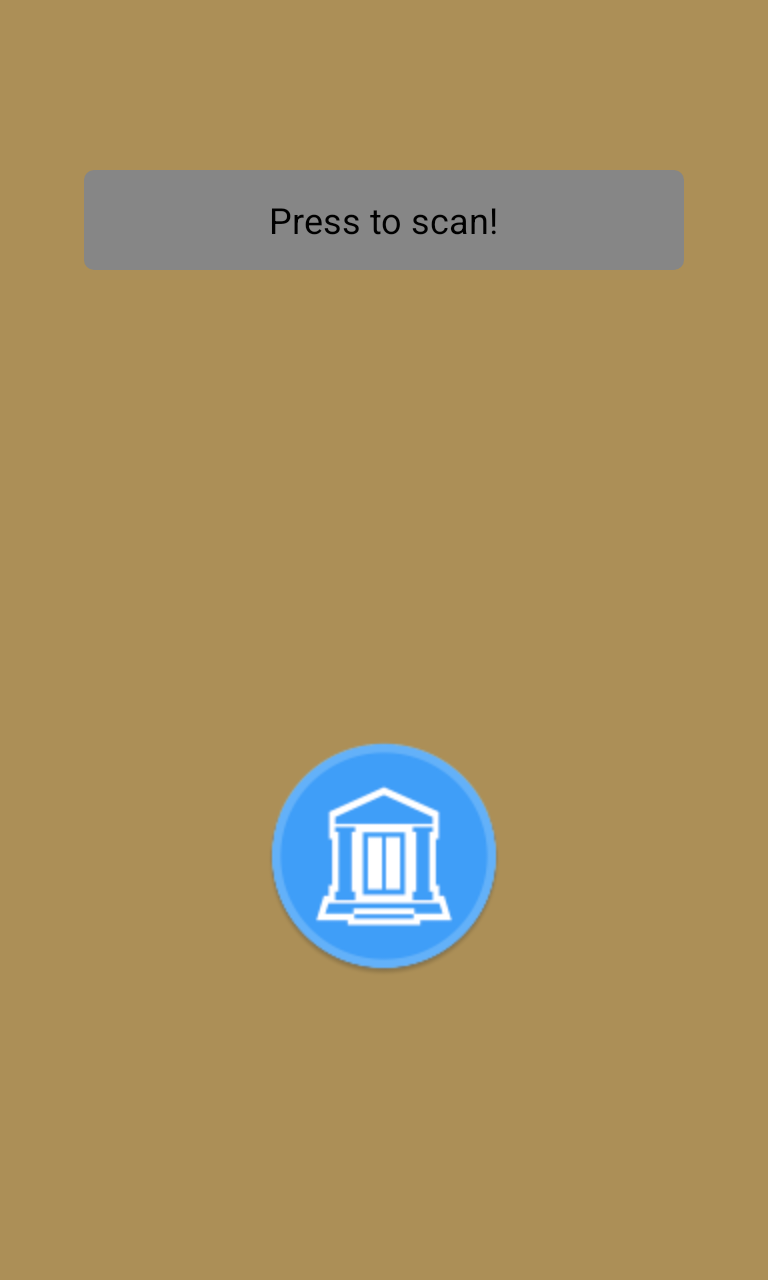
Repository: Kitsopappas/QBIReader
Layout: QBIReader/res/layout/activity_main.xml
The author's editor kept a copy of each file at every save. The layout is drawn from the files as they stood at one save, then again after the next save.
It is drawn on a 768 x 1280 px phone screen (xhdpi) without system bars, with theme AppTheme; the app's code is not run.

Above is the layout before, as saved 2015-03-19 14:34:09.

After the next save:
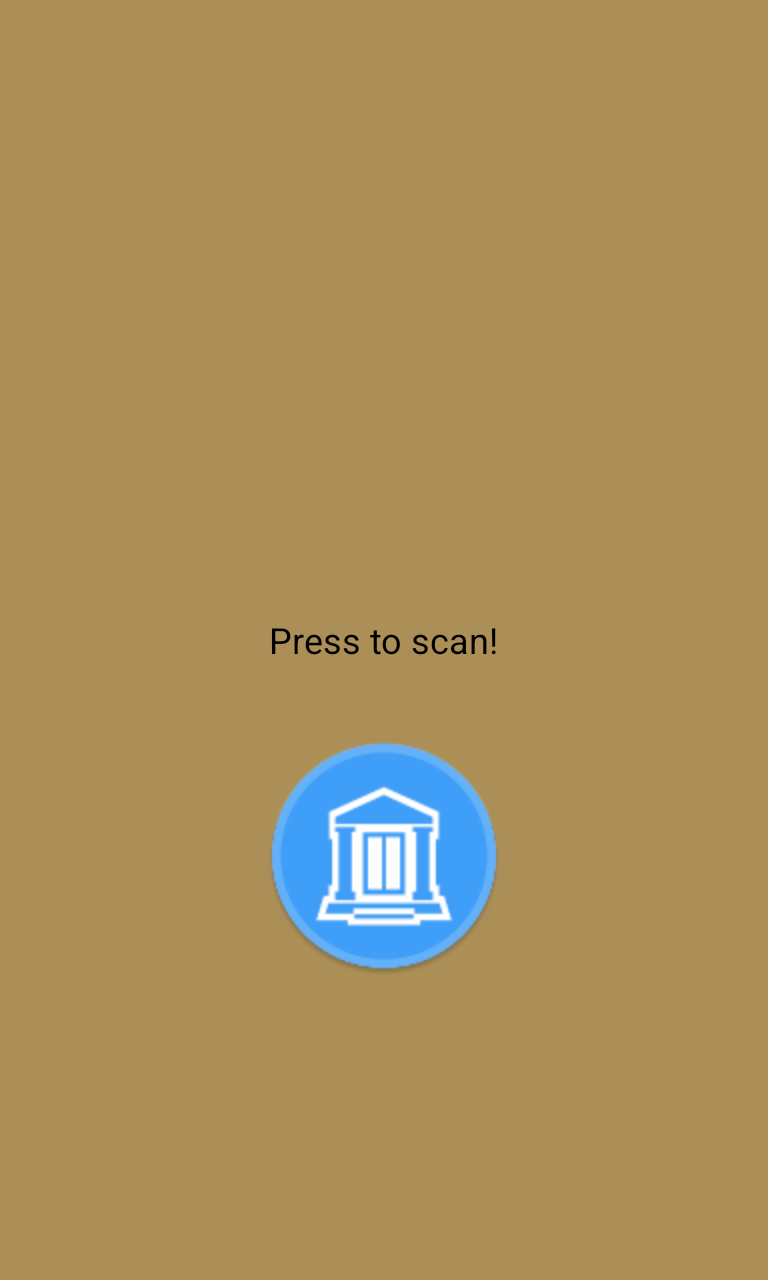
Saved 36 s later.
--- a/QBIReader/res/layout/activity_main.xml
+++ b/QBIReader/res/layout/activity_main.xml
@@ -9,14 +9,7 @@
     android:paddingTop="@dimen/activity_vertical_margin"
     tools:context="com.qbireader.MainActivity" >
 
-    <RelativeLayout
-        android:id="@+id/relativeLayout1"
-        android:layout_width="300dp"
-        android:layout_height="50dp"
-        android:layout_alignParentTop="true"
-        android:layout_centerHorizontal="true"
-        android:layout_marginTop="69dp"
-        android:background="@drawable/rounded_panel" >
+
 
         <TextView
             android:id="@+id/textView1"
@@ -26,7 +19,6 @@
             android:layout_centerVertical="true"
             android:text="Press to scan!"
             android:textAppearance="?android:attr/textAppearanceMedium" />
-    </RelativeLayout>
 
     <ImageButton
         android:id="@+id/imageButton1"
